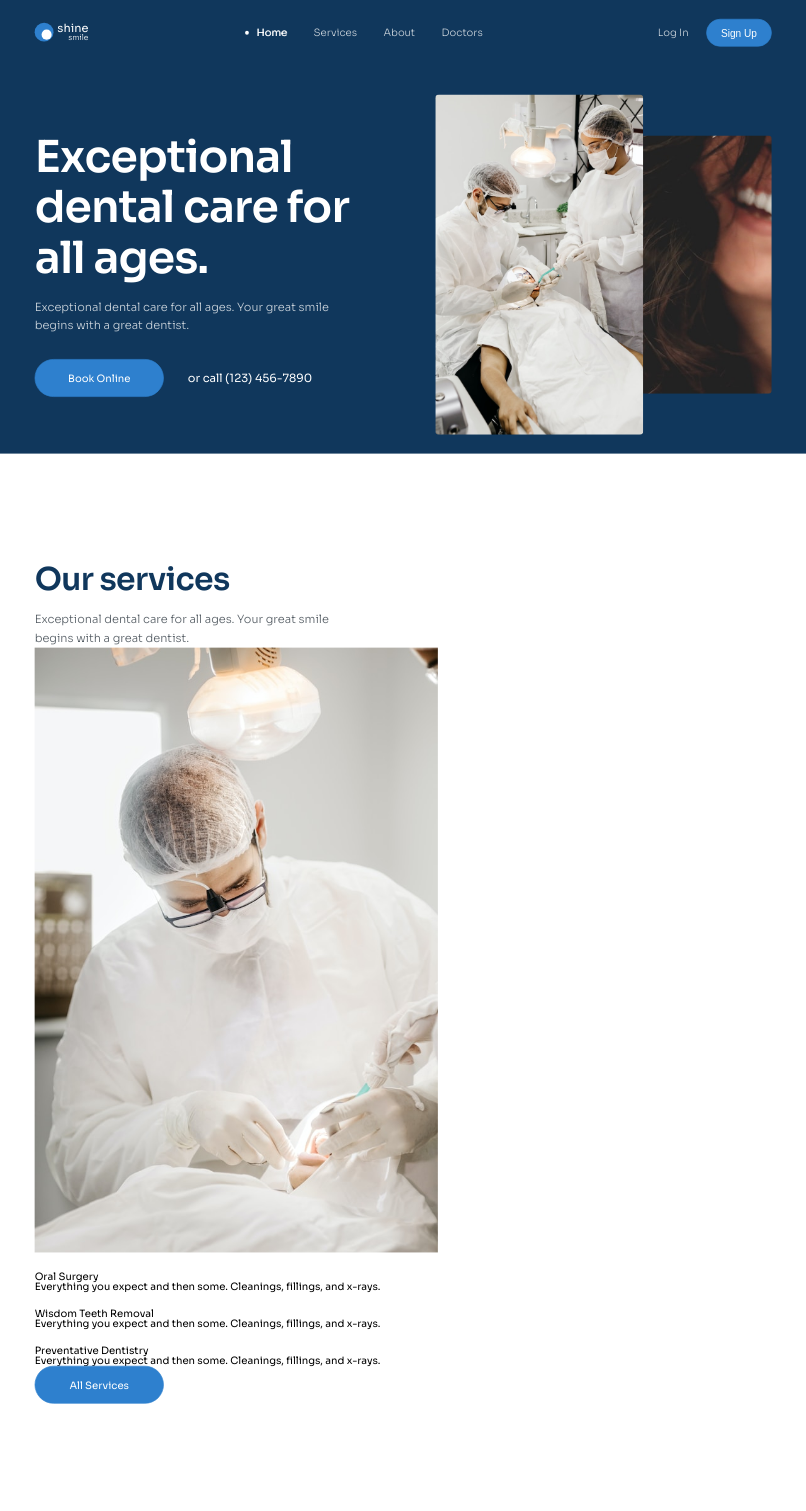
Repository: anhtien111198/f8-htmlcss-03
Page: index.html
These files come from the project's save history. The page is drawn as it stood at one moment and after the next save; the edit follows.
The browser window is 1280 px wide. The pictures show the whole page, at 63% of full size.

Above is the page before, as saved 2023-05-12 16:41:51.

### index.html
<!DOCTYPE html>
<html lang="en">
    <head>
        <meta charset="UTF-8" />
        <meta http-equiv="X-UA-Compatible" content="IE=edge" />
        <meta name="viewport" content="width=device-width, initial-scale=1.0" />
        <title>shine smile</title>
        <!-- favicon -->
        <link
            rel="apple-touch-icon"
            sizes="57x57"
            href="./assets/favicon/apple-icon-57x57.png"
        />
        <link
            rel="apple-touch-icon"
            sizes="60x60"
            href="./assets/favicon/apple-icon-60x60.png"
        />
        <link
            rel="apple-touch-icon"
            sizes="72x72"
            href="./assets/favicon/apple-icon-72x72.png"
        />
        <link
            rel="apple-touch-icon"
            sizes="76x76"
            href="./assets/favicon/apple-icon-76x76.png"
        />
        <link
            rel="apple-touch-icon"
            sizes="114x114"
            href="./assets/favicon/apple-icon-114x114.png"
        />
        <link
            rel="apple-touch-icon"
            sizes="120x120"
            href="./assets/favicon/apple-icon-120x120.png"
        />
        <link
            rel="apple-touch-icon"
            sizes="144x144"
            href="./assets/favicon/apple-icon-144x144.png"
        />
        <link
            rel="apple-touch-icon"
            sizes="152x152"
            href="./assets/favicon/apple-icon-152x152.png"
        />
        <link
            rel="apple-touch-icon"
            sizes="180x180"
            href="./assets/favicon/apple-icon-180x180.png"
        />
        <link
            rel="icon"
            type="image/png"
            sizes="192x192"
            href="./assets/favicon/android-icon-192x192.png"
        />
        <link
            rel="icon"
            type="image/png"
            sizes="32x32"
            href="./assets/favicon/favicon-32x32.png"
        />
        <link
            rel="icon"
            type="image/png"
            sizes="96x96"
            href="./assets/favicon/favicon-96x96.png"
        />
        <link
            rel="icon"
            type="image/png"
            sizes="16x16"
            href="./assets/favicon/favicon-16x16.png"
        />
        <link rel="manifest" href="./assets/favicon/manifest.json" />
        <meta name="msapplication-TileColor" content="#ffffff" />
        <meta
            name="msapplication-TileImage"
            content="./assets/favicon/ms-icon-144x144.png"
        />
        <meta name="theme-color" content="#ffffff" />
        <!-- font -->
        <link rel="preconnect" href="https://fonts.googleapis.com" />
        <link rel="preconnect" href="https://fonts.gstatic.com" crossorigin />
        <link
            href="https://fonts.googleapis.com/css2?family=Sora:wght@200;300;400;500;600;700;800&display=swap"
            rel="stylesheet"
        />
        <!-- reset css -->
        <link rel="stylesheet" href="./assets/css/reset.css" />
        <!-- style css -->
        <link rel="stylesheet" href="./assets/css/style.css" />
    </head>
    <body>
        <header class="header">
            <div class="container">
                <!-- header top -->
                <div class="header-top">
                    <!-- logo -->
                    <a href="/">
                        <div class="logo">
                            <span class="logo__circle"></span>
                            <span class="logo__text">
                                <span class="logo__brand">shine</span>
                                <span class="logo__brand logo__brand--small">
                                    smile
                                </span>
                            </span>
                        </div>
                    </a>
                    <!-- navbar -->
                    <nav class="navbar">
                        <ul class="navbar__list">
                            <li class="navbar__item">
                                <a
                                    href="#!"
                                    class="navbar__link navbar__link--active"
                                >
                                    Home
                                </a>
                            </li>
                            <li class="navbar__item">
                                <a href="#!" class="navbar__link">Services</a>
                            </li>
                            <li class="navbar__item">
                                <a href="#!" class="navbar__link">About</a>
                            </li>
                            <li class="navbar__item">
                                <a href="#!" class="navbar__link">Doctors</a>
                            </li>
                        </ul>
                    </nav>
                    <!-- action -->
                    <div class="header-action">
                        <a href="#!" class="header-action__login">Log In</a>
                        <button href="#!" class="btn header-action__signup">
                            Sign Up
                        </button>
                    </div>
                </div>
                <!-- Hero -->
                <section class="hero">
                    <!-- hero content -->
                    <section class="hero__content">
                        <h1 class="hero__heading">
                            Exceptional dental care for all ages.
                        </h1>
                        <p class="hero__desc">
                            Exceptional dental care for all ages. Your great
                            smile begins with a great dentist.
                        </p>
                        <div class="hero__row">
                            <a href="" class="btn">Book Online</a>
                            <span class="hero__phone"
                                >or call (123) 456-7890</span
                            >
                        </div>
                    </section>
                    <!-- hero media -->
                    <div class="hero__media">
                        <figure class="hero__images">
                            <img
                                src="./assets/image/hero-01jpg.jpg"
                                alt=""
                                class="hero__img"
                            />
                            <img
                                src="./assets/image/hero-02.jpg"
                                alt=""
                                class="hero__img"
                            />
                        </figure>
                    </div>
                </section>
            </div>
        </header>
        <main style="height: 5000">
            <section class="service">
                <div class="container">
                    <h2 class="section-heading">Our services</h2>
                    <p class="section-desc">
                        Exceptional dental care for all ages. Your great smile
                        begins with a great dentist.
                    </p>
                    <div class="service-row">
                        <figure class="service__images">
                            <img
                                src="./assets/image/service-1.jpg"
                                alt=""
                                class="service__img"
                            />
                        </figure>
                        <div class="service__list">
                            <!-- service item 1 -->
                            <section class="service-item">
                                <div class="service-item__icon-wrap">
                                    <svg
                                        class="service-item__icon"
                                        width="22"
                                        height="24"
                                        viewBox="0 0 22 24"
                                        fill="none"
                                        xmlns="http://www.w3.org/2000/svg"
                                    >
                                        <path
                                            d="M20.3598 2.63964C17.9506 -0.556131 14.2772 -0.568132 11.2481 1.10682C11.001 1.24657 10.7219 1.31411 10.4406 1.30222C10.1592 1.29033 9.88633 1.19945 9.65105 1.03931C8.49552 0.245717 7.29036 -0.316477 5.13904 0.207462C0.623408 1.3071 0 4.90379 0 8.99816C0.0797353 12.1602 0.500857 15.3032 1.25551 18.3683C2.11836 22.0168 3.90382 24 5.43354 24C6.96326 24 7.00963 22.2204 7.00963 20.8016C7.00963 19.2009 7.39505 14.8009 10.8642 14.8009C13.5317 14.8009 14.3333 18.4013 14.3333 20.8016C14.3329 23.095 15.1722 24 16.6628 24C19.5267 24 20.9796 15.3938 21.3719 13.1237C21.7642 10.8535 22.9882 6.12569 20.3598 2.63964Z"
                                            fill="white"
                                        />
                                    </svg>
                                </div>
                                <div class="service-item__body">
                                    <h3 class="service-item__heading">
                                        Oral Surgery
                                    </h3>
                                    <p class="service-item__desc">
                                        Everything you expect and then some.
                                        Cleanings, fillings, and x-rays.
                                    </p>
                                </div>
                            </section>
                            <!-- service item 2 -->
                            <section class="service-item">
                                <div class="service-item__icon-wrap">
                                    <svg
                                        class="service-item__icon"
                                        width="22"
                                        height="24"
                                        viewBox="0 0 22 24"
                                        fill="none"
                                        xmlns="http://www.w3.org/2000/svg"
                                    >
                                        <path
                                            d="M20.3598 2.63964C17.9506 -0.556131 14.2772 -0.568132 11.2481 1.10682C11.001 1.24657 10.7219 1.31411 10.4406 1.30222C10.1592 1.29033 9.88633 1.19945 9.65105 1.03931C8.49552 0.245717 7.29036 -0.316477 5.13904 0.207462C0.623408 1.3071 0 4.90379 0 8.99816C0.0797353 12.1602 0.500857 15.3032 1.25551 18.3683C2.11836 22.0168 3.90382 24 5.43354 24C6.96326 24 7.00963 22.2204 7.00963 20.8016C7.00963 19.2009 7.39505 14.8009 10.8642 14.8009C13.5317 14.8009 14.3333 18.4013 14.3333 20.8016C14.3329 23.095 15.1722 24 16.6628 24C19.5267 24 20.9796 15.3938 21.3719 13.1237C21.7642 10.8535 22.9882 6.12569 20.3598 2.63964Z"
                                            fill="white"
                                        />
                                    </svg>
                                </div>
                                <div class="service-item__body">
                                    <h3 class="service-item__heading">
                                        Wisdom Teeth Removal
                                    </h3>
                                    <p class="service-item__desc">
                                        Everything you expect and then some.
                                        Cleanings, fillings, and x-rays.
                                    </p>
                                </div>
                            </section>
                            <!-- service item 3 -->
                            <section class="service-item">
                                <div class="service-item__icon-wrap">
                                    <svg
                                        class="service-item__icon"
                                        width="22"
                                        height="24"
                                        viewBox="0 0 22 24"
                                        fill="none"
                                        xmlns="http://www.w3.org/2000/svg"
                                    >
                                        <path
                                            d="M20.3598 2.63964C17.9506 -0.556131 14.2772 -0.568132 11.2481 1.10682C11.001 1.24657 10.7219 1.31411 10.4406 1.30222C10.1592 1.29033 9.88633 1.19945 9.65105 1.03931C8.49552 0.245717 7.29036 -0.316477 5.13904 0.207462C0.623408 1.3071 0 4.90379 0 8.99816C0.0797353 12.1602 0.500857 15.3032 1.25551 18.3683C2.11836 22.0168 3.90382 24 5.43354 24C6.96326 24 7.00963 22.2204 7.00963 20.8016C7.00963 19.2009 7.39505 14.8009 10.8642 14.8009C13.5317 14.8009 14.3333 18.4013 14.3333 20.8016C14.3329 23.095 15.1722 24 16.6628 24C19.5267 24 20.9796 15.3938 21.3719 13.1237C21.7642 10.8535 22.9882 6.12569 20.3598 2.63964Z"
                                            fill="white"
                                        />
                                    </svg>
                                </div>
                                <div class="service-item__body">
                                    <h3 class="service-item__heading">
                                        Preventative Dentistry
                                    </h3>
                                    <p class="service-item__desc">
                                        Everything you expect and then some.
                                        Cleanings, fillings, and x-rays.
                                    </p>
                                </div>
                            </section>
                        </div>
                        <a href="#!" class="btn">All Services</a>
                    </div>
                </div>
            </section>
        </main>
    </body>
</html>

### assets/css/style.css
* {
    box-sizing: border-box;
}
:root {
    --header-bg: #10375c;
}
html {
    font-size: 62.5%;
}
body {
    font-size: 1.6rem;
    font-family: "Sora", sans-serif;
}
/* ======Common========= */
a {
    text-decoration: none;
}
.container {
    width: 1170px;
    max-width: calc(100% - 48px);
    margin: 0 auto;
}
.btn {
    --height: 60px;
    display: inline-block;
    min-width: 205px;
    height: var(--height);
    padding: 0 20px;
    border-radius: 99px;
    border: 1px solid #2e80ce;
    font-size: 1.6rem;
    font-weight: 400;
    line-height: var(--height);
    color: #fff;
    text-align: center;
    background: #2e80ce;
}
.btn:hover {
    opacity: 0.9;
    cursor: pointer;
}
.section-heading {
    font-weight: 600;
    font-size: 5rem;
    line-height: 1.2;
    letter-spacing: -0.02em;
    color: #10375c;
}
.section-desc {
    width: 468px;
    margin-top: 18px;
    font-weight: 300;
    font-size: 1.8rem;
    line-height: 1.67;
    color: #575f66;
}
/* ========header============= */
.header {
    min-height: 100vh;
    padding-top: 30px;
    background: var(--header-bg);
}
.logo {
    position: relative;
    display: inline-flex;
    font-size: 1rem;
}
.logo__circle::after,
.logo__circle::before {
    content: "";
    display: inline-block;
    border-radius: 50%;
}
.logo__circle::before {
    width: 3em;
    height: 3em;
    background: #2e80ce;
}
.logo__circle::after {
    position: absolute;
    top: 1.1em;
    left: 1.1em;
    width: 1.6em;
    height: 1.6em;
    background: #ffffff;
}
.logo__text {
    margin-left: 0.6em;
    text-align: right;
    line-height: 1.6em;
}
.logo__brand {
    display: block;
    font-size: 1.8em;
    font-weight: 400;
    color: #ffffff;
}
.logo__brand--small {
    font-size: 1.2em;
    font-weight: 300;
}
/* ========Header top========== */
.header-top {
    display: flex;
    align-items: center;
    justify-content: space-between;
}
.navbar__list {
    display: flex;
}
.header-action__login,
.navbar__link {
    padding: 4px 21px;
    font-weight: 300;
    font-size: 1.6rem;
    color: #c9d2da;
}
.navbar__link:hover,
.navbar__link--active {
    color: #fff;
    text-shadow: 1px 0 0 currentColor;
}
.navbar__link--active::before {
    position: relative;
    top: -2px;
    left: -8px;
    content: "";
    display: inline-block;
    width: 6px;
    height: 6px;
    border-radius: 50%;
    background: #fff;
}
.header-action {
    display: flex;
    align-items: center;
}
.header-action__login {
    margin-right: 7px;
}
.header-action__signup {
    --height: 44px;
    min-width: 104px;
}
/* ========hero=========== */
.hero {
    display: flex;
    align-items: center;
    margin-top: 76px;
}
.hero__content {
    flex-shrink: 0;
    width: 44%;
}
.hero__media {
    flex-grow: 1;
}
.hero__heading {
    font-weight: 600;
    font-size: 7rem;
    line-height: 1.14;
    letter-spacing: -0.02em;
    color: #ffffff;
}
.hero__desc {
    margin-top: 22px;
    font-weight: 300;
    font-size: 1.8rem;
    line-height: 1.67;
    color: #c9d2da;
}
.hero__row {
    display: flex;
    align-items: center;
    margin-top: 38px;
}
.hero__phone {
    margin-left: 38px;
    font-weight: 400;
    font-size: 1.8rem;
    line-height: 1.67;
    color: #ffffff;
}
.hero__images {
    display: flex;
    align-items: center;
    justify-content: flex-end;
}
.hero__img {
    width: 330px;
    height: 540px;
    border-radius: 6px;
    object-fit: cover;
}
.hero__img:first-child {
    position: relative;
    margin-right: -6px;
}
.hero__img:last-child {
    width: 210px;
    height: 410px;
}
/* ========service=========== */
.service {
    padding: 170px 0;
}

Loaded but not shown: assets/css/reset.css (common file)

After the next save:
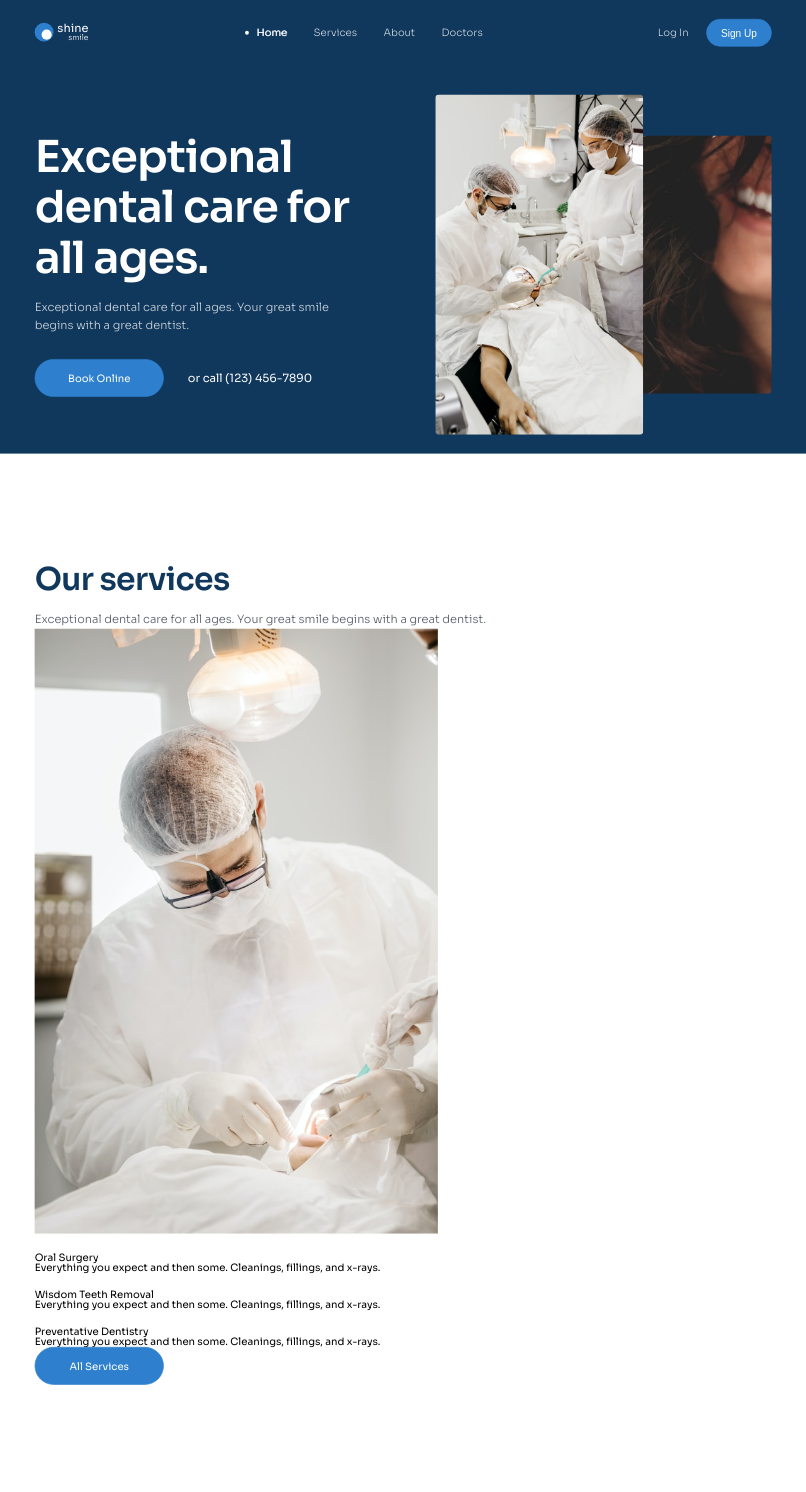
Saved 6 s later.
--- a/assets/css/style.css
+++ b/assets/css/style.css
@@ -47,7 +47,6 @@
     color: #10375c;
 }
 .section-desc {
-    width: 468px;
     margin-top: 18px;
     font-weight: 300;
     font-size: 1.8rem;

After the save that followed:
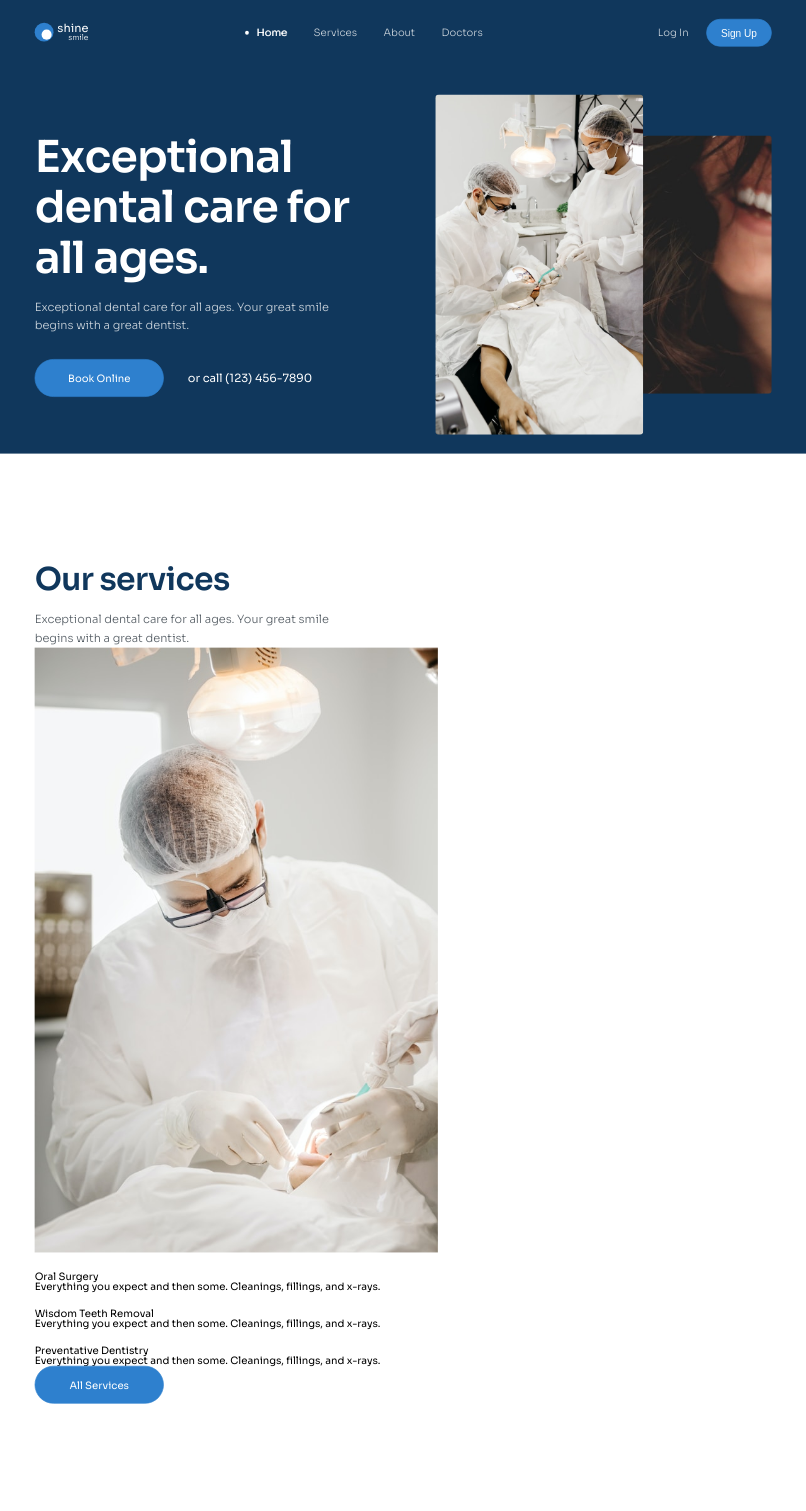
Saved 8 s later.
--- a/assets/css/style.css
+++ b/assets/css/style.css
@@ -47,6 +47,7 @@
     color: #10375c;
 }
 .section-desc {
+    width: 468px;
     margin-top: 18px;
     font-weight: 300;
     font-size: 1.8rem;
